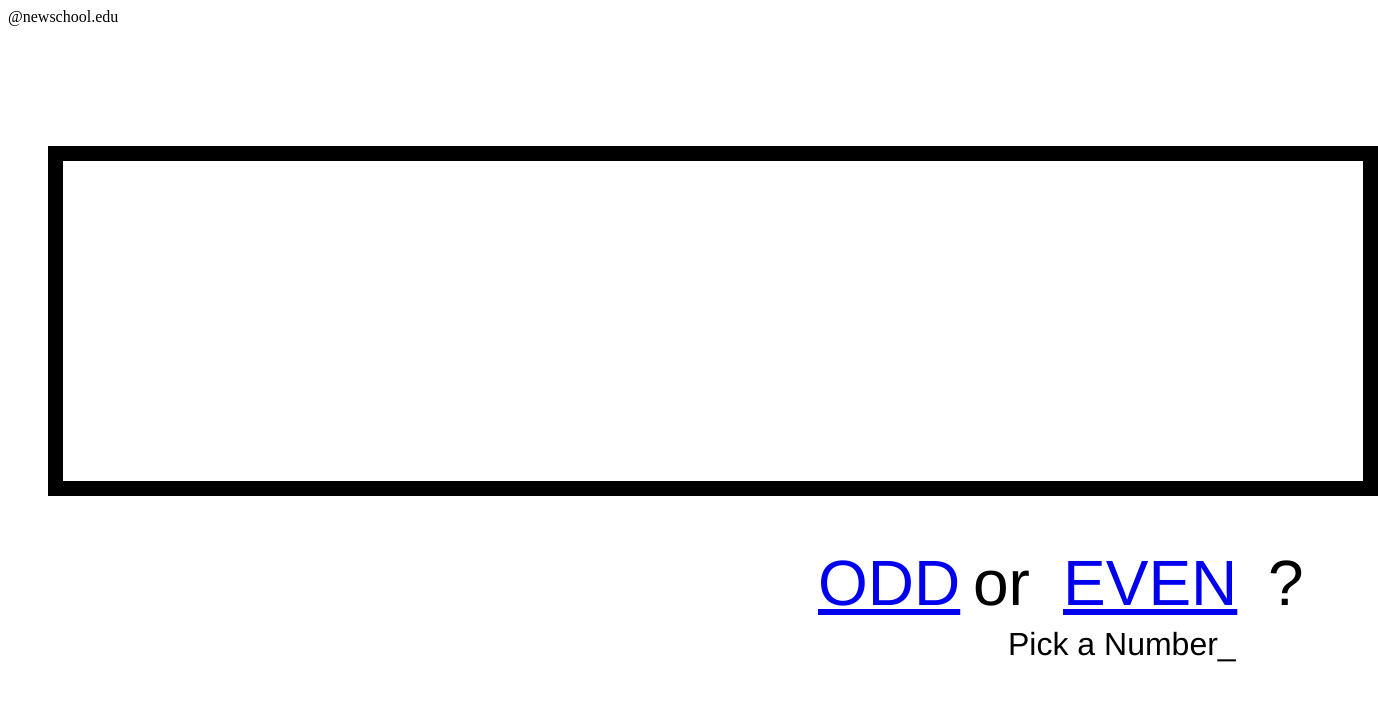
Repository: huanz488/huanz488-github.io
Page: archive/index.html
The author's editor kept a record of every edit. The page is drawn from the files as they stood at one moment, then again after the next edit.
The browser window is 1280 px wide. The page is 1378 px wide, so the pictures cover 1378 px, including what lies to the right of the window. The pictures show the whole page.

Above is the page before.

After the next edit:
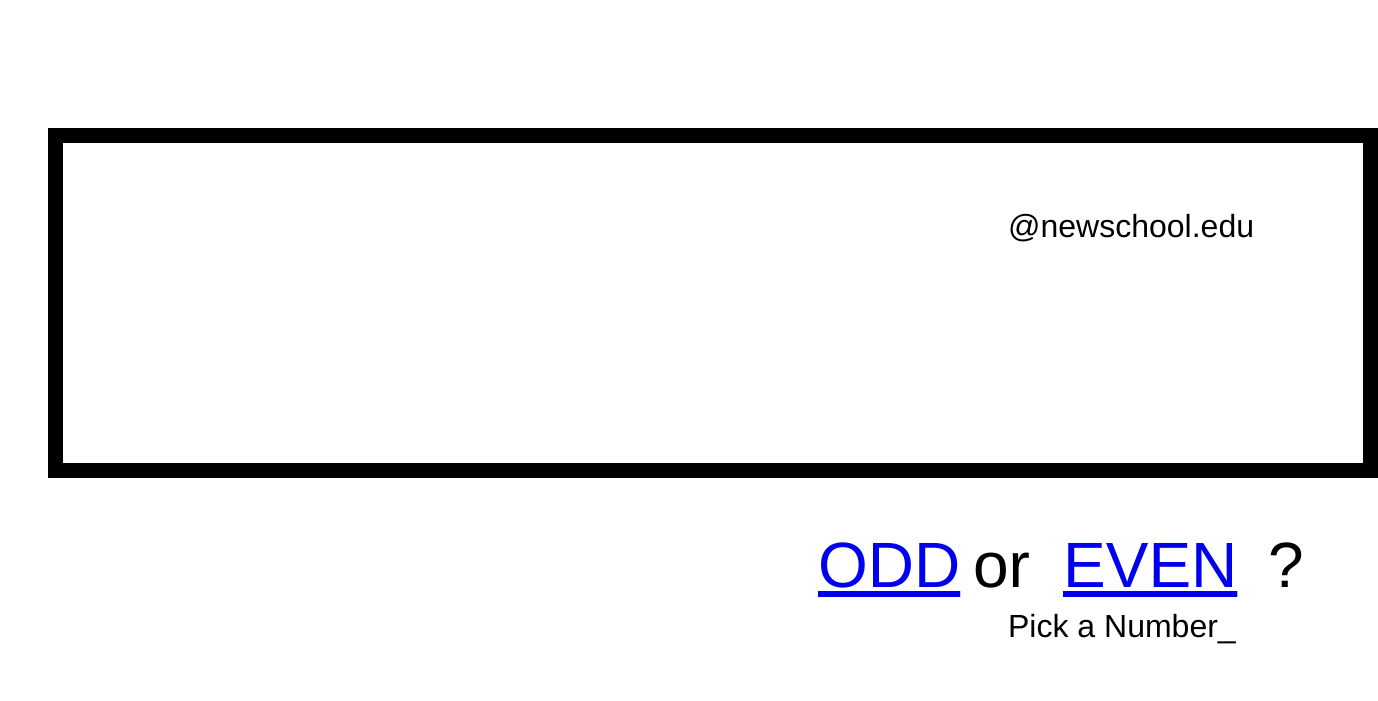
The edit:
--- a/archive/app.css
+++ b/archive/app.css
@@ -10,6 +10,15 @@
     margin:center;
 }
 
+.edu{
+text-align: -webkit-match-parent;
+font-family: 'helvetica';
+font-size: 200%;
+position:absolute;
+margin-left: 1000px;
+margin-top: 200px;
+text-decoration: none;
+}
 .odd{
 background-repeat: no-repeat;
 font-family: 'helvetica';
